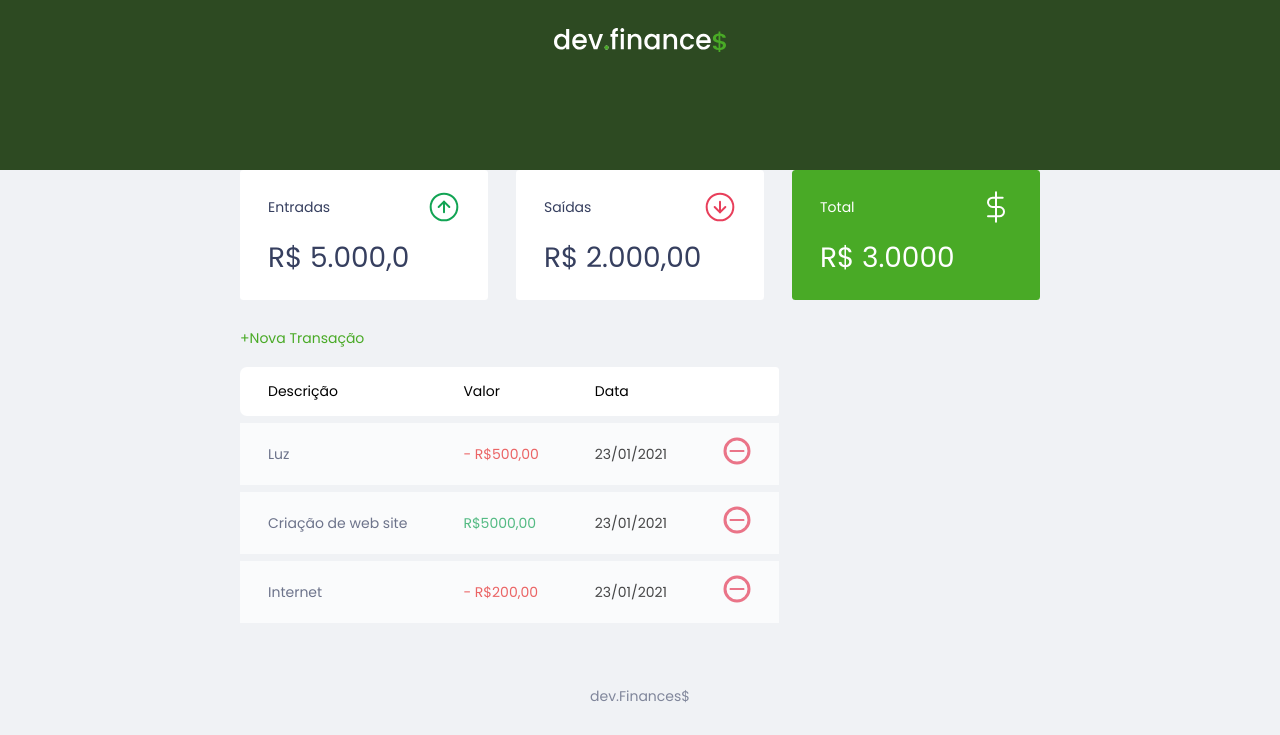
Repository: rafaelmgr12/maratona-dev01
Page: index.html
The author's editor kept a copy of each file at every save. The page is drawn from the files as they stood at one save, then again after the next save.
The browser window is 1280 px wide. The pictures show the whole page.

Above is the page before, as saved 2021-04-27 20:56:20.

### index.html
<!DOCTYPE html>
<html lang="pt-br">
  <head>
    <meta charset="UTF-8" />
    <meta http-equiv="X-UA-Compatible" content="IE=edge" />
    <meta name="viewport" content="width=device-width, initial-scale=1.0" />
    <title>Rafael-app.finance$</title>
    <link rel="stylesheet" href="style.css" />
    <link rel="preconnect" href="https://fonts.gstatic.com" />
    <link
      href="https://fonts.googleapis.com/css2?family=Poppins:ital,wght@0,100;0,400;0,700;1,100;1,400;1,700&display=swap"
      rel="stylesheet"
    />
  </head>
  <body>
    <header>
      <img src="./assets/logo.svg" alt="Logo dev.Finance" />
    </header>
    <main class="container">
      <section id="balance">
        <h2 class="sr-only">Balanço</h2>

        <div class="card">
          <h3>
            <span>Entradas </span>
            <img src="./assets/income.svg" alt="Imagem de entradas" />
          </h3>
          <p>R$ 5.000,0</p>
        </div>
        <div class="card">
          <h3>
            <span>Saídas</span>
            <img src="./assets/expense.svg" alt="Image de saídas" />
          </h3>
          <p>R$ 2.000,00</p>
        </div>
        <div class="card total">
          <h3>
            <span>Total</span>
            <img src="./assets/total.svg" alt="Image de total" />
          </h3>
          <p>R$ 3.0000</p>
        </div>
      </section>
      <section id="transaction">
        <h2 class="sr-only">Transações</h2>

        <a href="#" class="button new">+Nova Transação</a>

        <table id="data-table">
          <thead>
            <tr>
              <th>Descrição</th>
              <th>Valor</th>
              <th>Data</th>
              <th></th>
            </tr>
          </thead>
          <tbody>
            <tr>
              <td class="description">Luz</td>
              <td class="expense">- R$500,00</td>
              <td class="date">23/01/2021</td>
              <td><img src="./assets/minus.svg" alt="Retirar Transação"></td>

            </tr>
            <tr>
              <td class="description">Criação de web site</td>
              <td class="income">R$5000,00</td>
              <td class="date">23/01/2021</td>
              <td><img src="./assets/minus.svg" alt="Retirar Transação"></td>
            </tr>
            <tr>
              <td class="description">Internet</td>
              <td class="expense">- R$200,00</td>
              <td class="date">23/01/2021</td>
              <td><img src="./assets/minus.svg" alt="Retirar Transação"></td>

            </tr>
          </tbody>
        </table>
      </section>
    </main>
    <footer>dev.Finances$</footer>
  </body>
</html>

### style.css
/* Global ======================================== */
:root {
  --dark-blue: #363f5f;
}
* {
  margin: 0;
  padding: 0;
  box-sizing: border-box;
}

html{
  font-size: 93.75%; /* 15px */
}

body {
  background: #f0f2f5;
  font-family: "Poppins", sans-serif;
}
/*Tricks para sumir elementos da tela, mantendo a funcionalidade de um screenreader*/
.sr-only{
  position: absolute;
  width: 1px;
  height: 1px;
  padding: 0;
  margin: -1px;
  overflow: hidden;
  clip: rect(0,0,0,0);
  white-space: nowrap;
  border-width: 0;

}
.container {
  width: min(90vw, 800px);
  margin: auto;
}
/* Titles ======================================== */
h2 {
  margin-top: 3.2rem;
  margin-bottom: 0.8rem;
  color: var(--dark-blue);

  font-weight: normal;
}
/* Links and Buttons ======================================== */
a{
  color: #49aa26;
  text-decoration: none;
}

a:hover {
  color: #3dd705;
}

.button.new{
  display: inline-block;
  margin-bottom: .8rem;

}


/* Header ======================================== */
header {
  background: #2d4a22;
  padding: 2rem 0 8rem;
  text-align: center;
}

#logo {
  color: #fff;
  font-weight: 100;
}

/* Balance ======================================== */
balance {
  margin-top: -8rem;
}

balance h2 {
  color: white;
  margin-top: 0;
}

/* Cards ======================================== */

.card {
  background : white;
  padding: 1.5rem 2rem;
  border-radius: 0.25rem;

  margin-bottom: 2rem;

  color: var(--dark-blue);
}

.card h3 {
  font-weight: normal;
  font-size: 1rem;
  display : flex;
  align-items: center;
  justify-content: space-between;
}

.card p {
  font-size: 2rem;
  line-height: 3rem;

  margin-top: 1rem;
}

.card.total {
  background: #49aa26;
  color: white;
}
/* Table  ======================================== */
#data-table {
  display: block;
  width: 100%;
  border-spacing: 0 0.5rem;
}
table thead tr th:first-child,
table thead tr td:first-child
{
  border-radius: 0.5rem 0 0 0.5rem;
}

table thead tr th:last-child,
table thead tr td:last-child {
  border-radius: 0 0.25rem 0.25rem 0 ;

}

table thead th {
  background: white;

  font-weight: normal;
  padding: 1rem 2rem;
  text-align: left;
}
table tbody tr {
  opacity: 0.7;
}
table tr:hover {
  opacity: 1;
}
table tbody td {
  background: white;
  padding: 1rem 2rem;
}

td.description {
  color: var(--dark-blue);
}

td.income {
  color: #12a454;
}
td.expense {
    color : #e92929;
}

/* footer ======================================== */
footer {
  text-align: center;
  padding : 4rem 0 2rem;
  color: var(--dark-blue);

  opacity : 0.6;
}
/* Responsive ======================================== */

@media(min-width: 800px){
  html{
    font-size: 87.5%;

  }
  #balance{
    display: grid;
    grid-template-columns: repeat(3,1fr);
    gap: 2rem;

  }
}

After the next save:
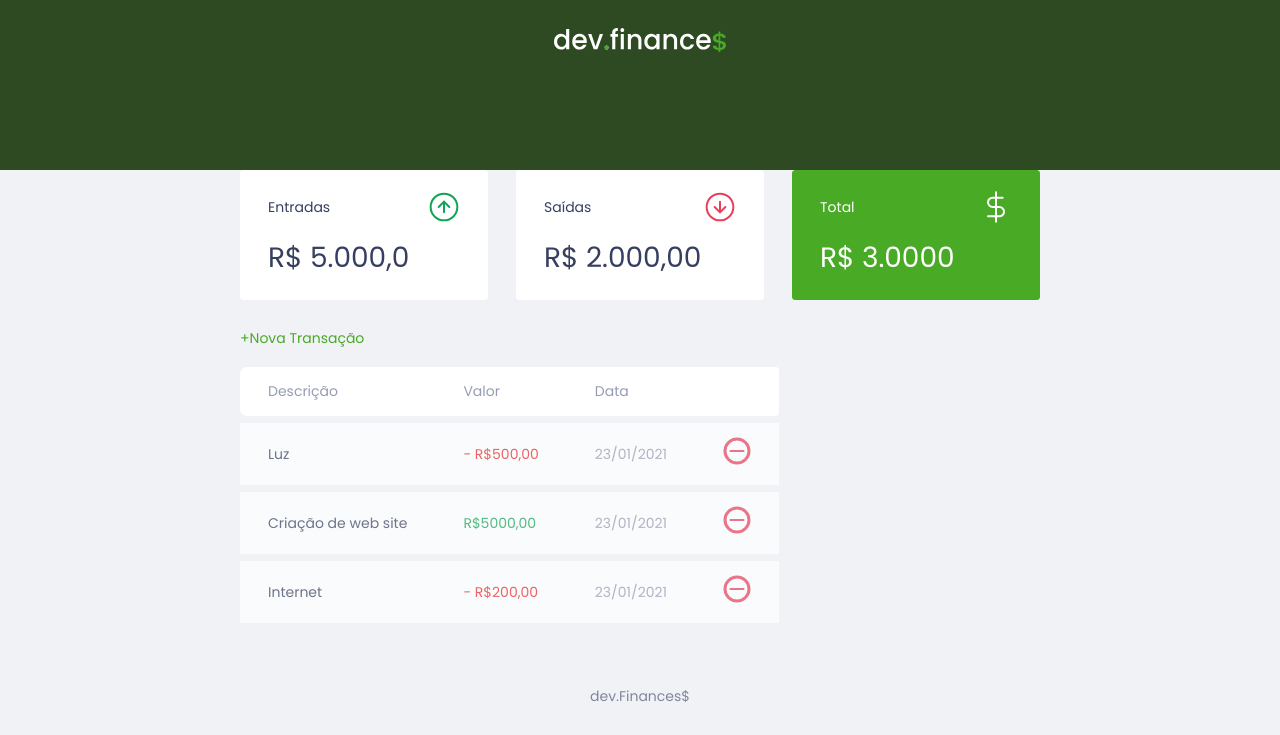
Saved 17 s later.
--- a/style.css
+++ b/style.css
@@ -116,6 +116,7 @@ balance h2 {
   display: block;
   width: 100%;
   border-spacing: 0 0.5rem;
+  color: #969cb3;
 }
 table thead tr th:first-child,
 table thead tr td:first-child
